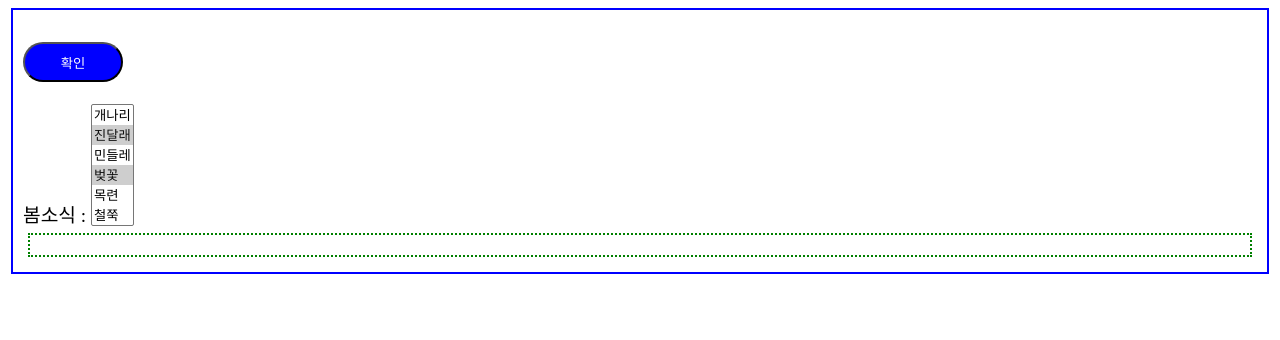
Repository: patternlobe-stack/MY_repository
Page: webpro/src/main/webapp/0915/상태_select.html
These files come from the project's save history. The page is drawn as it stood at one moment and after the next save; the edit follows.
The browser window is 1280 px wide. The pictures show the whole page.

Above is the page before, as saved 2025-09-15 07:52:43.

After the next save:
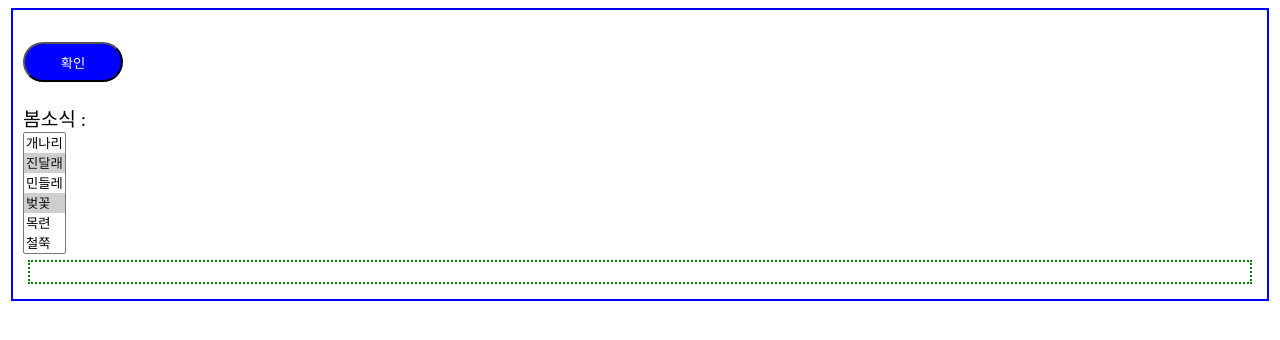
Saved 65 s later.
--- a/webpro/src/main/webapp/0915/상태_select.html
+++ b/webpro/src/main/webapp/0915/상태_select.html
@@ -18,7 +18,8 @@
 	      <input type="button" value="확인" onclick="proc1()" />
 	      <br /><br />
 	      <form>
-	봄소식 : <select name="spring" id="spring" multiple size="6">
+	봄소식 : <br>
+	<select name="spring" id="spring" multiple size="6">
 		<option >개나리</option>
 		<option selected>진달래</option>
 		<option>민들레</option>
